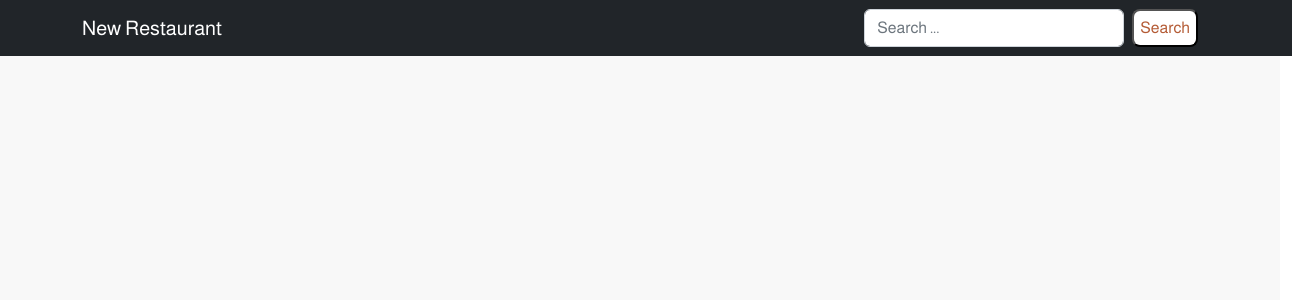
Repository: SD-Mdouka/react-table
Page: /
The author's editor kept a copy of each file at every save. The page is drawn from the files as they stood at one save, then again after the next save.
The browser window is 1280 px wide. The page is 1292 px wide, then 1280 px, so the pictures cover 1292 px, including what lies to the right of the window. The pictures show the whole page.
The project was rebuilt for these pictures with package versions that can differ from the ones it lists, and the page was loaded fresh each time.

Above is the page before, as saved 2022-10-06 15:46:41.

After the next save:
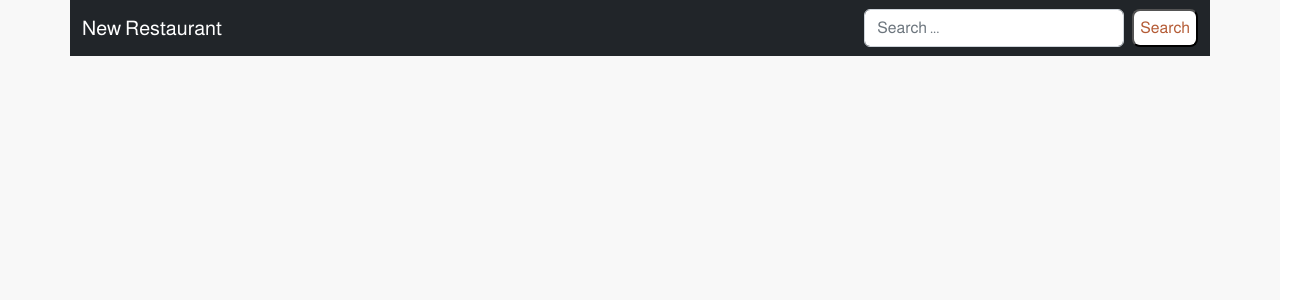
Saved 62 s later.
--- a/src/App.tsx
+++ b/src/App.tsx
@@ -6,8 +6,8 @@ import NavBar from "./components/Navbar";
 const App = () => {
   return (
     <div className="color-body font">
-      <NavBar />
-      <Container></Container>
+
+      <Container>  <NavBar /></Container>
     </div>
   );
 };
